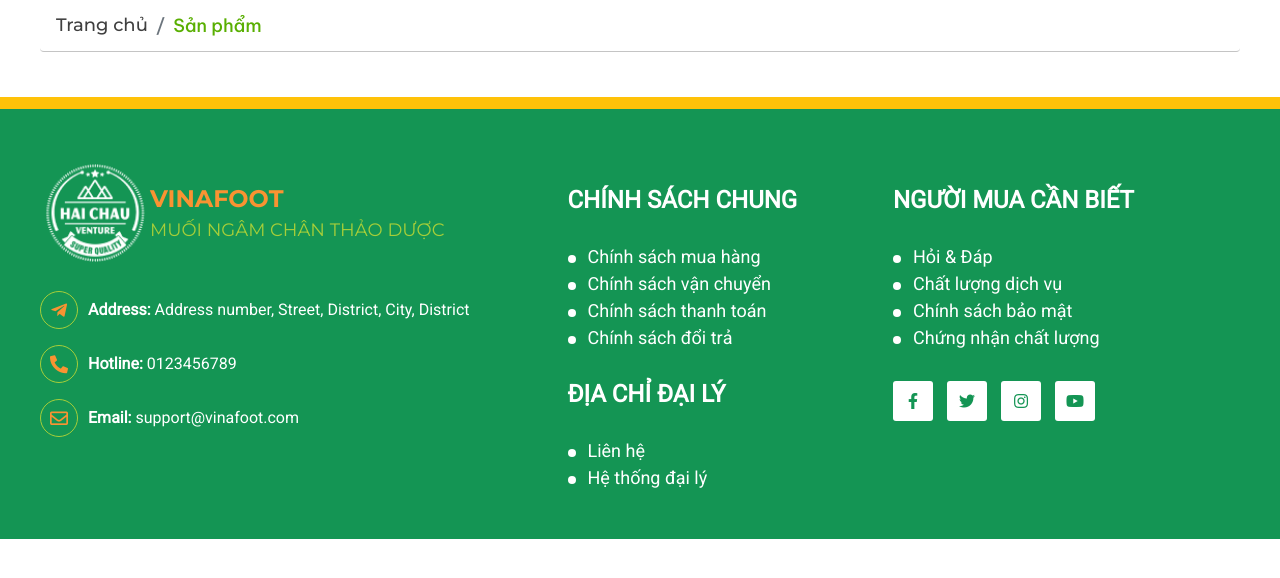
Repository: haianh12082001/VINAFOOT
Page: news.html
An editor plug-in stored every save of this project. The page is shown before and after the next save, followed by the edit.
The browser window is 1280 px wide. The pictures show the whole page.
Some web libraries are served in a nearby version.

Above is the page before, as saved 2021-12-12 17:15:01.

### news.html
<!DOCTYPE html>
<html lang="en">
    <head>
        <meta charset="UTF-8" />
        <meta http-equiv="X-UA-Compatible" content="IE=edge" />
        <meta name="viewport" content="width=device-width, initial-scale=1.0" />
        <link href="https://fonts.googleapis.com/css2?family=Montserrat:wght@300;400;500;700;900&display=swap" rel="stylesheet" />
        <link href="https://fonts.googleapis.com/css?family=Roboto" rel="stylesheet" />
        <link href="https://fonts.googleapis.com/css2?family=Be+Vietnam+Pro:wght@500&display=swap" rel="stylesheet" />
        <link rel="stylesheet" href="./assets/fonts/fontawesome-free-5.15.3/css/all.min.css" />
        <link
            rel="stylesheet"
            href="https://cdn.jsdelivr.net/npm/bootstrap@4.6.0/dist/css/bootstrap.min.css"
            integrity="sha384-B0vP5xmATw1+K9KRQjQERJvTumQW0nPEzvF6L/Z6nronJ3oUOFUFpCjEUQouq2+l"
            crossorigin="anonymous"
        />
        <link rel="stylesheet" type="text/css" href="https://cdn.jsdelivr.net/npm/slick-carousel@1.8.1/slick/slick.css" />
        <link rel="stylesheet" href="./assets/css/app.css" />
        <title>Document</title>
    </head>
    <body>
        <div class="box-breadcrumb">
            <div class="container">
                <ul class="breadcrumb">
                    <li class="breadcrumb-item"><a href="">Trang chủ</a></li>
                    <li class="breadcrumb-item active">Sản phẩm</li>
                </ul>
            </div>
        </div>
        <div class="footer">
            <div class="line"></div>
            <div class="container">
                <div class="row py-5">
                    <div class="col-lg-5 col-12">
                        <div class="logo d-flex mb-lg-4">
                            <img src="./assets/img/logo-footer.png" alt="" />
                            <div class="d-flex flex-column justify-content-center">
                                <div class="company">vinafoot</div>
                                <div class="name">muối ngâm chân thảo dược</div>
                            </div>
                        </div>
                        <div class="d-flex flex-column">
                            <div class="item d-flex align-items-center mb-3">
                                <div class="icon"><i class="fab fa-telegram-plane"></i></div>
                                <span><b>Address:</b> Address number, Street, District, City, District</span>
                            </div>
                            <div class="item d-flex align-items-center mb-3">
                                <div class="icon"><i class="fas fa-phone-alt"></i></div>
                                <span><b>Hotline:</b> 0123456789</span>
                            </div>
                            <div class="item d-flex align-items-center mb-3">
                                <div class="icon"><i class="far fa-envelope"></i></div>
                                <span><b>Email:</b> support@vinafoot.com</span>
                            </div>
                        </div>
                    </div>
                    <div class="col-lg-4 px-lg-5 col-sm-6 order-sm-2">
                        <div class="title">Người mua cần biết</div>
                        <ul class="list">
                            <li>Hỏi & Đáp</li>
                            <li>Chất lượng dịch vụ</li>
                            <li>Chính sách bảo mật</li>
                            <li>Chứng nhận chất lượng</li>
                        </ul>
                        <div class="social d-flex">
                            <a href="">
                                <div class="social-icon">
                                    <i class="fab fa-facebook-f"></i>
                                </div>
                            </a>
                            <a href="">
                                <div class="social-icon">
                                    <i class="fab fa-twitter"></i>
                                </div>
                            </a>
                            <a href="">
                                <div class="social-icon">
                                    <i class="fab fa-instagram"></i>
                                </div>
                            </a>
                            <a href="">
                                <div class="social-icon">
                                    <i class="fab fa-youtube"></i>
                                </div>
                            </a>
                        </div>
                    </div>
                    <div class="col-lg-3 col-sm-6 order-sm-1">
                        <div class="col-12">
                            <div class="title">Chính sách chung</div>
                            <ul class="list">
                                <li>Chính sách mua hàng</li>
                                <li>Chính sách vận chuyển</li>
                                <li>Chính sách thanh toán</li>
                                <li>Chính sách đổi trả</li>
                            </ul>
                        </div>
                        <div class="col-12">
                            <div class="title">ĐỊa chỉ đại lý</div>
                            <ul class="list">
                                <li>Liên hệ</li>
                                <li>Hệ thống đại lý</li>
                            </ul>
                        </div>
                    </div>
                </div>
            </div>
        </div>
        <script type="text/javascript" src="https://code.jquery.com/jquery-1.11.0.min.js"></script>
        <script type="text/javascript" src="https://code.jquery.com/jquery-migrate-1.2.1.min.js"></script>
        <script
            src="https://cdnjs.cloudflare.com/ajax/libs/bootstrap/4.6.0/js/bootstrap.min.js"
            integrity="sha512-XKa9Hemdy1Ui3KSGgJdgMyYlUg1gM+QhL6cnlyTe2qzMCYm4nAZ1PsVerQzTTXzonUR+dmswHqgJPuwCq1MaAg=="
            crossorigin="anonymous"
            referrerpolicy="no-referrer"
        ></script>
        <script type="text/javascript" src="https://cdn.jsdelivr.net/npm/slick-carousel@1.8.1/slick/slick.min.js"></script>
        <script src="./assets/js/main.js"></script>
    </body>
</html>

Loaded but not shown: assets/fonts/fontawesome-free-5.15.3/css/all.min.css (library); assets/js/main.js (103 lines, source omitted); assets/css/app.css (2055 lines, source omitted)

After the next save:
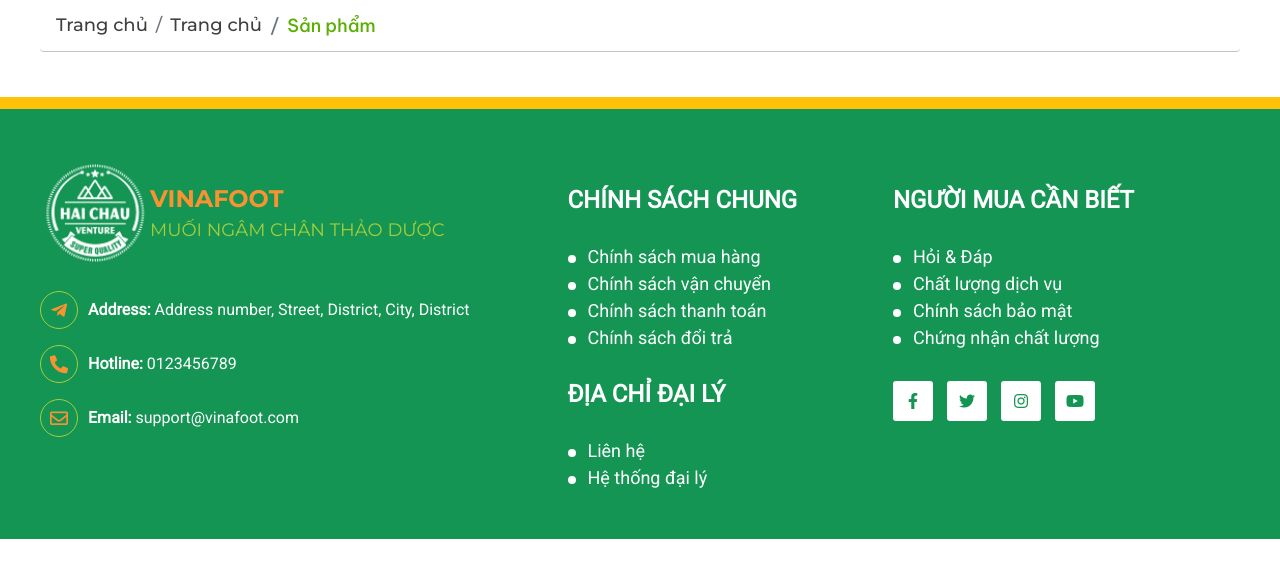
Saved 8 s later.
--- a/news.html
+++ b/news.html
@@ -22,6 +22,7 @@
         <div class="box-breadcrumb">
             <div class="container">
                 <ul class="breadcrumb">
+                    <li class="breadcrumb-item"><a href="">Trang chủ</a></li>
                     <li class="breadcrumb-item"><a href="">Trang chủ</a></li>
                     <li class="breadcrumb-item active">Sản phẩm</li>
                 </ul>
